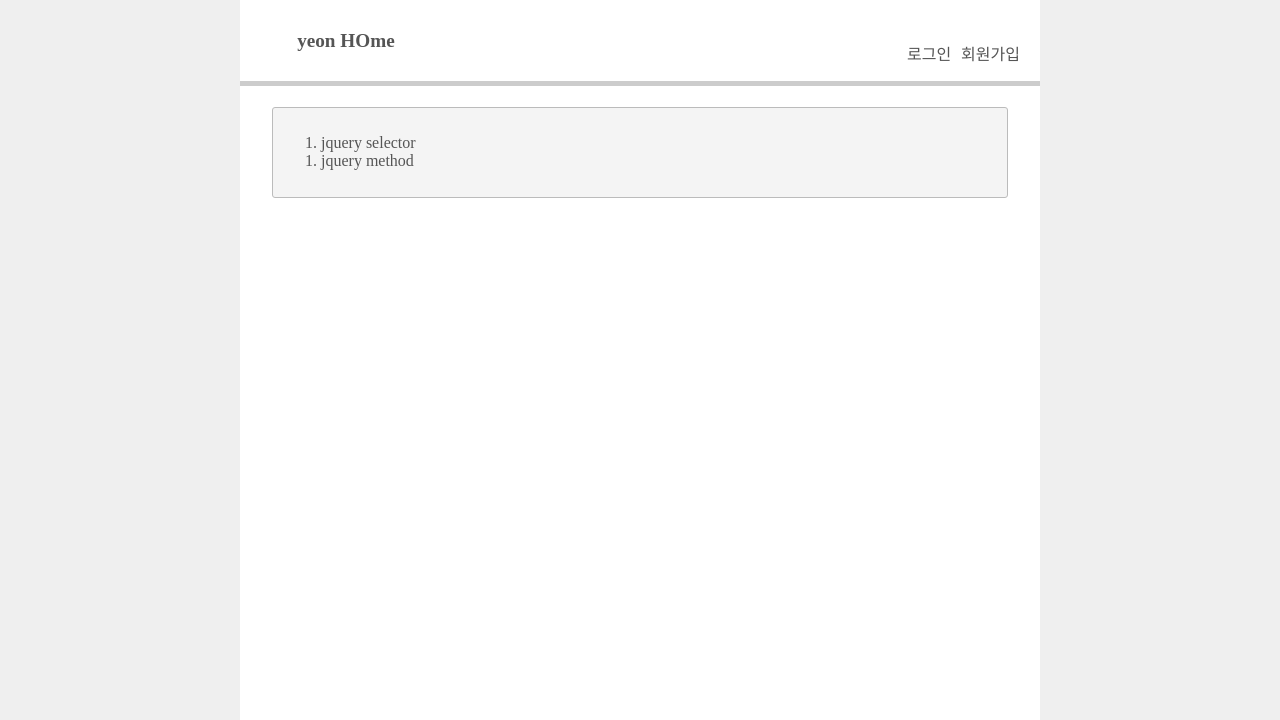
Repository: yeonhwa323/webPro
Page: webPro/src/main/webapp/jquery/days09/ex03.html
An editor plug-in stored every save of this project. The page is shown before and after the next save, followed by the edit.
The browser window is 1280 px wide. The pictures show the whole page.
Some web fonts or font styles are not loaded; a fallback is used.

Above is the page before, as saved 2024-04-17 01:54:18.

### webPro/src/main/webapp/jquery/days09/ex03.html
<!DOCTYPE html>
<html>
<head>
<meta charset="UTF-8">
<meta name="viewport" content="width=device-width, initial-scale=1.0">
<title>Insert title here</title>
<link rel="shortcut icon" type="image/x-icon" href="http://localhost/webPro/images/SiSt.ico">
<script src="https://ajax.googleapis.com/ajax/libs/jquery/3.7.1/jquery.min.js"></script>
<link rel="stylesheet" href="http://localhost/webPro/resources/cdn-main/example.css">
<script src="http://localhost/webPro/resources/cdn-main/example.js"></script>
<style>
 span.material-symbols-outlined{
   vertical-align: text-bottom;
 }
</style>
</head>
<body>
<header>
  <h1 class="main"><a href="#" style="position: absolute;top:30px;">yeon HOme</a></h1>
  <ul>
    <li><a href="#">로그인</a></li>
    <li><a href="#">회원가입</a></li>
  </ul>
</header>
<div>
  <xmp class="code">
    1. jquery selector
    1. jquery method
  </xmp>
</div>
</body>
</html>

### webPro/src/main/webapp/resources/cdn-main/example.css
@charset "UTF-8";

@import url('https://fonts.googleapis.com/css2?family=Material+Symbols+Outlined:opsz,wght,FILL,GRAD@20..48,100..700,0..1,-50..200');

@font-face {
    font-family: 'GmarketSansMedium';
    src: url('https://cdn.jsdelivr.net/gh/projectnoonnu/noonfonts_2001@1.1/GmarketSansMedium.woff') format('woff');
    font-weight: normal;
    font-style: normal;
}

:root {
	--text-color: #555;
	--sub-text-color: #777;
	--back-color: #EFEFEF;
	--header-color: #444;
	--primary-color: #DEDEDE;
	--secondary-color: #EFEFEF;
	--default-width: 800px;
	--narrow-width: 500px;
	--wide-width: 1200px;
	--text-font: 'GmarketSansMedium';
	--icon-font: 'Material Symbols Outlined';
	--border-color: #CCC;
}

html, body {
	margin: 0;
	padding: 0;
}

html {
	background-color: var(--back-color);
	display: flex;
	justify-content: center;
	min-height: 100vh;
}

body, body.default {
	width: var(--default-width);
	background-color: white;
	padding-bottom: 120px;
}

body.wide {
	width: var(--wide-width);
}

body.narrow {
	width: var(--narrow-width);
}



body, p, div, span, a, input, select, option, textarea, button, table, th, td, label, fieldset, legend {
	font-family: var(--text-font);
	color: var(--text-color);
}

h1, h2, h3 {
	font-family: var(--text-font);
	color: var(--header-color);
	padding: 0 1rem;
	padding-top: .5rem;
}

div > h1, div > h2, div > h3 {
	padding: 0;
}

body > div, body > main > div {
	padding: 0.3rem 1rem;
}


h1 { font-size: 2rem; border-bottom: 1px solid var(--border-color); }
h1 small { font-size: 1.2rem; color: var(--sub-text-color); }
h2 { font-size: 1.5rem; border-bottom: 1px dashed var(--border-color); }
h2 small { font-size: 1.1rem; color: --sub-text-color; }
h3 { font-size: 1.2rem; }
h3 small { font-size: 1rem; color: --sub-text-color; }



h1.main::before {
	font-family: var(--icon-font);
  	content: '\e666';
  	margin-right: 10px;
  	float: left;
	font-size: 2.5rem;
}

h1.sub::before {
	font-family: var(--icon-font);
  	content: '\ea19';
  	margin-right: 10px;
  	float: left;
	font-size: 2.5rem;
}


h1.page::before {
	font-family: var(--icon-font);
  	content: '\e0e0';
  	margin-right: 10px;
  	float: left;
	font-size: 2.5rem;
}

body > header > ul > li > .active{
	background-color: #FFF;
	color:#F00;
}

body > header {
	display: flex;
	justify-content: space-between;
	border-bottom: 5px solid var(--border-color);
	min-height: 74px;
	background-color: #FFF;
}

body > header.sticky {
	position: sticky;
	top: 0;
	z-index: 98;
}

body > header > h1 {
	font-size: 1.2rem;
	border: 0;
}

body > header.in > h1::before {
	font-family: var(--icon-font);
  	content: '\e332‥';
  	margin-right: 3px;
  	float: left;
	font-size: 2rem;
}


body > header > ul {
	list-style-type: none;
	display: flex;
	align-items: flex-end;
	margin-right: 10px;
}

body > header > ul > li {
	margin-right: 10px;
	cursor: pointer;
}

body > header > ul > li > a {
	cursor: pointer;
}


form {
	display: block;
}

form > div {
	padding: 0.3rem 1rem;
}

div > form > div {
	padding: 0.3rem 0;
}

input, textarea, button, select {
	border: 1px solid #BBB;
	border-radius: 3px;
	outline: none;
	resize: none;
	padding: 7px;
	margin: 0;
}

input[type=text]:read-only, textarea:read-only {
	cursor: not-allowed;
	background-color: #FFF;
}

input[type=text]:disabled, textarea:disabled {
	cursor: not-allowed;
	background-color: #EEE;
}

input[type=text], input[type=password], textarea, button, select {
	/* width: 300px; */
}

textarea {
	display: block;
	height: 100px;
}

input[type=button], input[type=submit], button {
	/* width: inherit; */
}

input.short, textarea.short, button.short, select.short {
	width: 100px;
}

input.long, textarea.long, button.long, select.long {
	width: 350px;
}

.narrow input.long, .narrow textarea.long, .narrow button.long, .narrow select.long {
	width: calc(100% - 20px);
}

input.full, textarea.full, button.full, select.full {
	width: calc(100% - 20px);
}

textarea.short {
	height: 50px;
}

textarea.long {
	height: 100px;
}

textarea.full {
	height: 200px;
}

input, textarea {
	padding-top: 8px;
}

input[type=button], input[type=submit], button {
	padding: 5px 10px;
	background-color: var(--secondary-color);
	cursor: pointer;
	min-height: 36px;
}

input[type=button].primary, input[type=submit].primary, button.primary {
	/* background-color: rgba(100, 149, 237, .2); */
	background-color: var(--primary-color);
}

input[type=button].primary:hover, input[type=submit].primary:hover, button.primary:hover {
	/* background-color: rgba(100, 149, 237, .3); */
	background-color: var(--secondary-color);
}

input[type=button]:hover, input[type=submit]:hover, button:hover {
	background-color: var(--primary-color);
}

button {
	position: relative;
	left: 0;
	top: 0;
	padding-left: 35px;
}

button .material-symbols-outlined {
	position: absolute;
	left: 10px;
	top: 4px;
}

/* k2nik add */
button.login::before {
	font-family: var(--icon-font);
  	content: '\ea77';
	position: absolute;
	left: 11px;
	top: 4px;
	font-size: 1.25rem;
}

/* k2nik logout */
button.logout::before {
	font-family: var(--icon-font);
  	content: '\e9ba';
	position: absolute;
	left: 11px;
	top: 4px;
	font-size: 1.25rem;
}

/* k2nik help */
button.help::before {
	font-family: var(--icon-font);
  	content: '\f1c0';
	position: absolute;
	left: 11px;
	top: 4px;
	font-size: 1.25rem;
}

button.add::before{
	font-family: var(--icon-font);
  	content: '\e746';
	position: absolute;
	left: 11px;
	top: 4px;
	font-size: 1.25rem;
}

button.back::before {
	font-family: var(--icon-font);
  	content: '\e166';
	position: absolute;
	left: 11px;
	top: 4px;
	font-size: 1.25rem;
}

button.list::before {
	font-family: var(--icon-font);
  	content: '\e0ee';
	position: absolute;
	left: 11px;
	top: 4px;
	font-size: 1.25rem;
}


button.del::before {
	font-family: var(--icon-font);
  	content: '\e872';
	position: absolute;
	left: 11px;
	top: 4px;
	font-size: 1.25rem;
}


button.edit::before {
	font-family: var(--icon-font);
  	content: '\e745';
	position: absolute;
	left: 11px;
	top: 4px;
	font-size: 1.25rem;
}


button.login::before {
	font-family: var(--icon-font);
  	content: '\ea77';
	position: absolute;
	left: 11px;
	top: 4px;
	font-size: 1.25rem;
}


button.logout::before {
	font-family: var(--icon-font);
  	content: '\e9ba';
	position: absolute;
	left: 11px;
	top: 4px;
	font-size: 1.25rem;
}


button.in::before {
	font-family: var(--icon-font);
  	content: '\f71a';
	position: absolute;
	left: 11px;
	top: 4px;
	font-size: 1.25rem;
}


button.out::before {
	font-family: var(--icon-font);
  	content: '\f70e';
	position: absolute;
	left: 11px;
	top: 4px;
	font-size: 1.25rem;
}


button.reply::before {
	font-family: var(--icon-font);
  	content: '\e15e';
	position: absolute;
	left: 11px;
	top: 4px;
	font-size: 1.25rem;
}


button.comment::before {
	font-family: var(--icon-font);
  	content: '\e0b9';
	position: absolute;
	left: 11px;
	top: 4px;
	font-size: 1.25rem;
}


button.modal::before {
	font-family: var(--icon-font);
  	content: '\e89e';
	position: absolute;
	left: 11px;
	top: 4px;
	font-size: 1.25rem;
}


button.ok::before {
	font-family: var(--icon-font);
  	content: '\e86c';
	position: absolute;
	left: 11px;
	top: 4px;
	font-size: 1.25rem;
}


button.cancel::before {
	font-family: var(--icon-font);
  	content: '\e5c9';
	position: absolute;
	left: 11px;
	top: 4px;
	font-size: 1.25rem;
}

button.search::before {
	font-family: var(--icon-font);
  	content: '\e8b6';
	position: absolute;
	left: 11px;
	top: 4px;
	font-size: 1.25rem;
}

button.home::before {
	font-family: var(--icon-font);
  	content: '\e88a';
	position: absolute;
	left: 11px;
	top: 4px;
	font-size: 1.25rem;
}


button.sidebar::before {
	font-family: var(--icon-font);
  	content: '\f7e4';
	position: absolute;
	left: 11px;
	top: 4px;
	font-size: 1.25rem;
}


button.sidebar-right::before {
	font-family: var(--icon-font);
  	content: '\f7e5';
	position: absolute;
	left: 11px;
	top: 4px;
	font-size: 1.25rem;
}




button::before {
	font-family: var(--icon-font);
  	content: '\e323';
	position: absolute;
	left: 11px;
	top: 4px;
	font-size: 1.25rem;
}


table {
	border-collapse: collapse;
	margin: 1rem;
	box-sizing: border-box;
	width: calc(100% - 32px);
}

table.content {
	width: auto;
}

div > table {
	margin: 0;
}

table th, table td {
	border: 1px solid var(--border-color);
	padding: 7px;
	font-weight: normal;
}

table th {
	background-color: var(--back-color);
}

table.vertical th {
	width: 150px;
}

table.vertical td {
	width: calc(100% - 182px);
	padding-left: 10px;
}

table.content td, table.content th {
	width: auto;
}

body.narrow table.vertical th {
	width: 100px;
}

body.narrow table.vertical td {
	width: calc(100% - 182px);
}


table + table {
	margin-top: 30px;
}


p {
	padding: 0 1rem;
}

a {
	text-decoration: none;
}

a:hover {
	color: rgba(255, 99, 71, .7);
}

hr {
	border: 0;
	border-top: 1px solid var(--border-color);
	margin: 2rem 0;
}

.message {
	border: 1px solid var(--border-color);
	background-color: #EFEFEF;
	margin: 1rem;
	width: auto;
	padding-top: 10px;
	padding-bottom: 10px;
	font-size: 14px;
}

.message[title]::before {
	content: attr(title);
	display: block;
	border-bottom: 1px solid var(--border-color);
	padding-bottom: 5px;
	margin-bottom: 10px;
	margin-top: 7px;
}

.message.short {
	max-width: 250px;
}

.message.long {
	max-width: 500px;
}

.badge {
	float: right;
	font-size: .8rem;
	margin-top: 2px;
	margin-right: 2px;
	text-shadow: 0 0 7px gray;
}

.badge.left {
	float: none;
	margin-left: 2px;
}

.badge.right {
	float: right;
}

.badge.red {
	border-radius: 50%;
	padding: 2px 5px;
	background-color: rgb(255, 99, 71, .3);
}

.badge.yellow {

	border-radius: 50%;
	padding: 2px 5px;
	background-color: rgb(255, 215, 0, .5);
}

.badge.blue {
	border-radius: 50%;
	padding: 2px 5px;
	background-color: rgb(100, 149, 237, .3);
}

label + label {
	margin-left: 7px;
}

label input[type=checkbox], label input[type=radio] {
	transform: translate(0, 1px);
}

.group {
	display: flex;
}

.modal-content .group {
	margin-bottom: .5rem;
}

.group label {
	border: 1px solid #BBB;
	border-radius: 3px;
	outline: none;
	resize: none;
	padding: 7px 14px;
	margin: 0;
	border-top-right-radius: 0;
	border-bottom-right-radius: 0;
	background-color: #EFEFEF;
	white-space: nowrap;
	font-size: 14px;
}

.group input[type=text] {
	margin-left: -1px;
	border-top-left-radius: 0;
	border-bottom-left-radius: 0;
}

.group select {
	margin-left: -1px;
	border-top-left-radius: 0;
	border-bottom-left-radius: 0;
}

.group input.full[type=text] {
	margin-left: -1px;
	border-top-left-radius: 0;
	border-bottom-left-radius: 0;
	width: 100%;
}

.group input[type=button]:first-child, .group button:first-child {
	border-top-left-radius: 3px;
	border-bottom-left-radius: 3px;
	margin-left: 0px;
}

.group input[type=button], .group button {
	border-radius: 0;
	margin-left: -1px;
}

.group input[type=button]:last-child, .group button:last-child {
	margin-left: -1px;
	border-top-right-radius: 3px;
	border-bottom-right-radius: 3px;
}

.seperate {
	display: flex;
	justify-content: space-between;
}

div.list {
	width: max-content;
	margin: 1rem;
	border: 1px solid #BBB;
	border-radius: 3px;
	padding: 0;
}

div.list.full {
	width: auto;
	display: block;
	margin: 1rem;
	border: 1px solid #BBB;
	border-radius: 3px;
	padding: 0;
}

div.list > div {
	padding: .5rem 1rem;
	margin: 0;
	border-bottom: 1px solid #BBB;
}

div.list > div:last-child {
	border-bottom: 0;
}

pre.code , xmp.code{
	font-family: consols;
	background-color: rgba(150, 150, 150, .1);
	border: 1px solid #BBB;
	border-radius: 3px;
	padding: .5rem 1rem;
	padding-bottom: .6rem;
	margin: 1rem;
}




*[data-modal-window] {
	position: fixed;
	background-color: rgba(0, 0, 0, .3);
	left: 0;
	top: 0;
	display: none;
	justify-content: center;
	align-items: flex-start;
	width: 100%;
	min-height: 100vh;
	z-index: 100;
	opacity: 0;
	transition: 500ms all;
}

*[data-modal-window] .modal-container {
	border-radius: 5px;
	padding: 1rem;
	padding-bottom: .5rem;
	margin-top: -500px;
	opacity: 0;
	width: 500px;
	background-color: #FFF;
	margin-right: 2rem;
	transition: 500ms all;
}

*[data-modal-size=content] .modal-container {
	width: auto;
}

*[data-modal-size=narrow] .modal-container {
	width: 300px;
}

*[data-modal-size=wide] .modal-container {
	width: 760px;
}


*[data-modal-window] .modal-header {
	border-bottom: 1px solid var(--border-color);
	padding: 2px 5px;
}

*[data-modal-window] .modal-content {
	padding: 1rem 5px;
}

*[data-modal-window] .modal-content div:last-child {
	margin-top: 1rem;
	text-align: right;
}



*[data-sidebar-window] {
	position: fixed;
	background-color: #FFF;
	left: 0;
	top: 0;
	display: block;
	width: 300px;
	border-right: 1px solid var(--border-color);
	box-sizing: border-box;
	box-shadow: 0 0 3px var(--back-color);
	min-height: 100vh;
	z-index: 99;
	transform: translate(-300px, 0);
	transition-duration: 500ms;
	transition-property: transform;
}

*[data-sidebar-direction=right] {
	left: auto;
	right: 0;
	transform: translate(300px, 0);
	border-left: 1px solid var(--border-color);
}

*[data-sidebar-size=wide] {
	width: 500px;
	transform: translate(-500px, 0);
}

*[data-sidebar-window] .sidebar-title {
	border-bottom: 1px solid var(--border-color);
	margin-top: 20px;
	margin-bottom: 20px;
	padding-bottom: 5px;
	display: flex;
	justify-content: space-between;
}

*[data-sidebar-window] .sidebar-title span:last-child {
	cursor: pointer;
}


/* K2Nik pagination */
.center {
  text-align: center;
}

.pagination {
  display: inline-block;
}

.pagination a {
  color: black;
  float: left;
  padding: 3px 6px;
  text-decoration: none;
  transition: background-color .3s;
  border: 1px solid #ddd;
  margin: 0 3px;
}

.pagination a.active {
  background-color: #4CAF50;
  color: white;
  border: 1px solid #4CAF50;
}

.pagination a:hover:not(.active) {background-color: #ddd;}

### webPro/src/main/webapp/resources/cdn-main/example.js

window.onload = () => {

    const list = document.querySelectorAll('input, textarea');

    list.forEach(item => {
        item.setAttribute('autocomplete', 'off');
    });


    const modal_btn_list = document.querySelectorAll('*[data-modal-button]');

    modal_btn_list.forEach(item => {
        item.onclick = function() {

            const name = this.dataset['modalButton'];
            const modal_window = document.querySelector('*[data-modal-window=' + name);

            const container = document.createElement('div');
            container.className = 'modal-container';



            const modal_header = document.createElement('div');
            modal_header.textContent = modal_window.dataset['modalTitle'];
            modal_header.className = 'modal-header';
            container.appendChild(modal_header);

            const modal_content = document.createElement('div');
            modal_content.className = 'modal-content';
            container.appendChild(modal_content);

            Array.from(modal_window.childNodes).forEach(item => {
                modal_content.appendChild(item);
            });

            modal_window.appendChild(container);

            modal_window.style.display = 'flex';

            setTimeout(() => {
                modal_window.style.opacity = 1;
                container.style.marginTop = '20px';
                container.style.opacity = 1;
            }, 50);


            const modal_ok = document.querySelector('*[data-modal-ok=' + name);
            modal_ok.addEventListener('click', function() {
                modal_window.style.opacity = 0;
                container.style.marginTop = '-500px';
                container.style.opacity = 0;

                setTimeout(() => {
                    modal_window.innerHTML = modal_content.innerHTML;
                    modal_window.style.display = 'none';
                }, 500);

            });

            const modal_cancel = document.querySelector('*[data-modal-cancel=' + name);
            modal_cancel.addEventListener('click', function() {

                modal_window.style.opacity = 0;
                container.style.marginTop = '-500px';
                container.style.opacity = 0;

                setTimeout(() => {
                    modal_window.innerHTML = modal_content.innerHTML;
                    modal_window.style.display = 'none';
                }, 500);
            });


        };
    });


    const sidebar_btn_list = document.querySelectorAll('*[data-sidebar-button]');

    sidebar_btn_list.forEach(item => {
        item.onclick = function() {



            const name = this.dataset['sidebarButton'];
            const sidebar_window = document.querySelector('*[data-sidebar-window=' + name);

            if (sidebar_window.style.transform == 'translate(0px, 0px)') return;



            sidebar_window.style.transform = 'translate(0, 0)';

            const sidebar_title = document.createElement('div');
            sidebar_title.className = 'sidebar-title';
            sidebar_title.innerHTML = '<span>' + sidebar_window.dataset['sidebarTitle'] + '</span><span class="material-symbols-outlined">close</span>';

            sidebar_title.children[1].onclick = function() {

                let sign = 1;
                let distance = 300;

                if (sidebar_window.dataset['sidebarDirection'] != 'right') {
                    sign = -1;
                } else {
                    sign = 1;
                }

                if (sidebar_window.dataset['sidebarSize'] != 'wide') {
                    distance = 300;
                } else {
                    distance = 500;
                }

                distance *= sign;

                sidebar_window.style.transform = 'translate(' + distance + 'px, 0)';

                setTimeout(function() {
                    sidebar_window.removeChild(sidebar_window.children[0]);
                }, 500);
            };


            sidebar_window.prepend(sidebar_title);

        }
    });

};

// window.onkeydown = function(event) {

//     if (event.keyCode == 27) {
//         if (document.querySelector('[data-modal-window').style.display == 'flex') {
//             document.querySelector('[data-modal-window').style.display = 'none';
//         }
//     }

// };

After the next save:
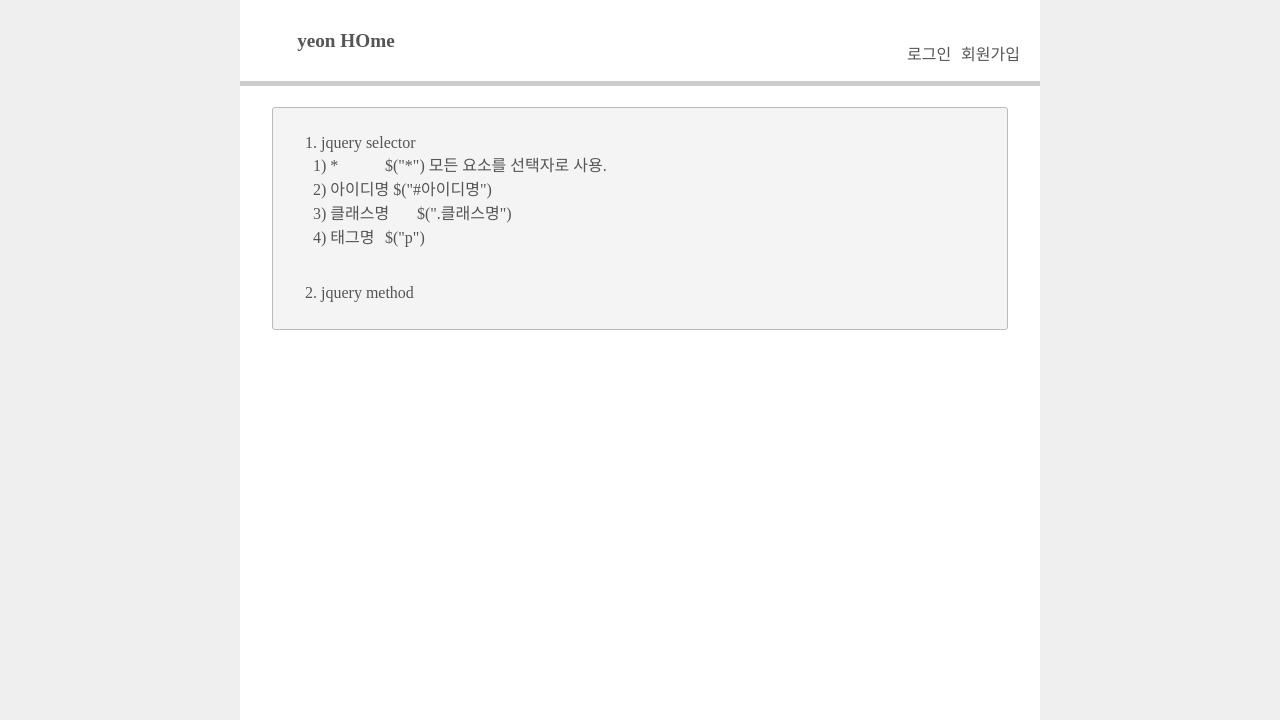
Saved 10 min 45 s later.
--- a/webPro/src/main/webapp/jquery/days09/ex03.html
+++ b/webPro/src/main/webapp/jquery/days09/ex03.html
@@ -25,7 +25,13 @@
 <div>
   <xmp class="code">
     1. jquery selector
-    1. jquery method
+      1) *		$("*") 모든 요소를 선택자로 사용.
+      2) 아이디명 $("#아이디명")
+      3) 클래스명	$(".클래스명")
+      4) 태그명	$("p")
+
+
+    2. jquery method
   </xmp>
 </div>
 </body>
